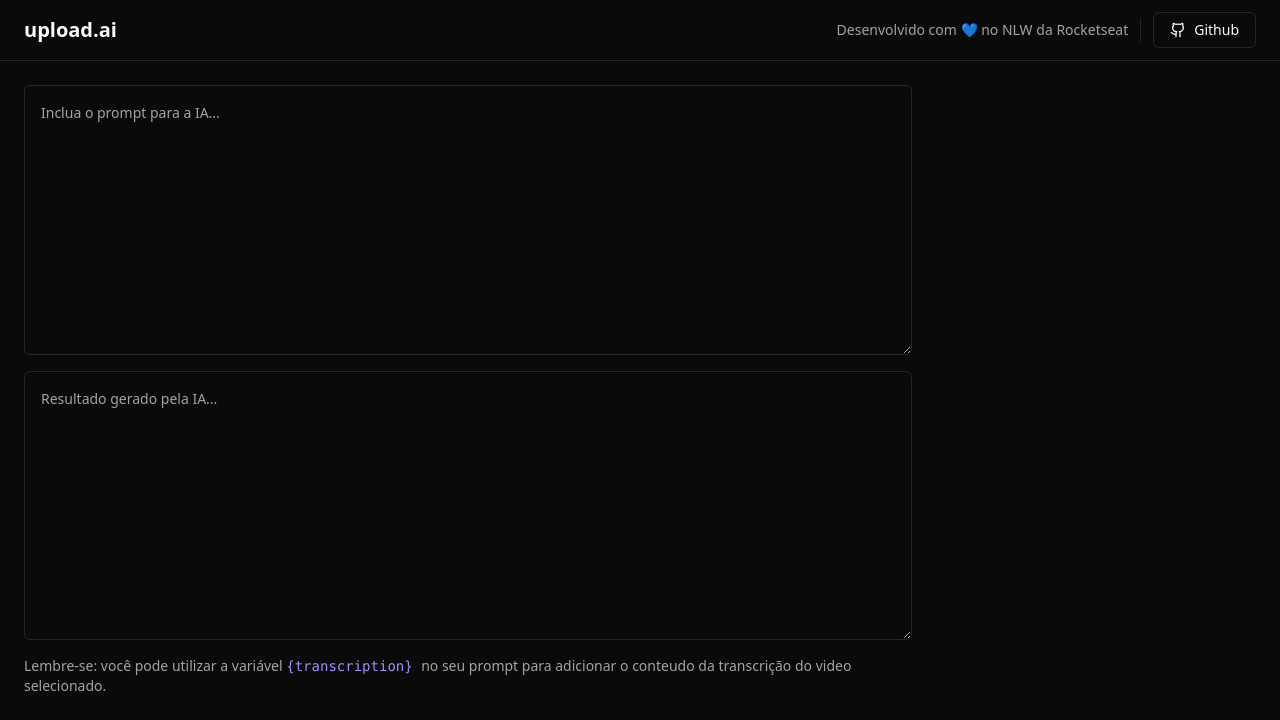
Repository: ricardolimati/upload-ai-web
Page: /
An editor plug-in stored every save of this project. The page is shown before and after a run of saves, followed by the edit.
The browser window is 1280 px wide. The pictures show the whole page.
The project was rebuilt for these pictures with package versions that can differ from the ones it lists, and the page was loaded fresh each time. Also part of the build but not shown: vite.config.ts.

Above is the page before, as saved 2023-09-11 23:41:35.

After the next 2 saves:
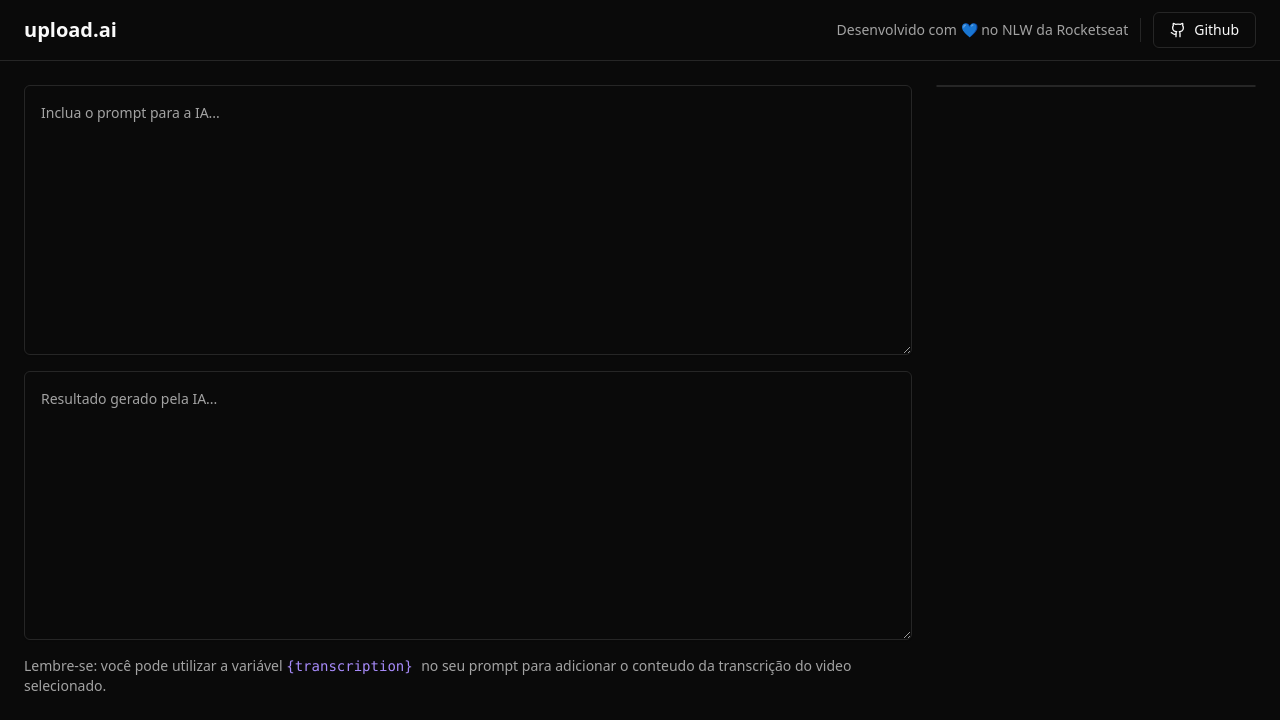
The 2 saves are shown as one change because they came seconds apart.
The last was saved 11 s later.
--- a/src/App.tsx
+++ b/src/App.tsx
@@ -41,7 +41,7 @@ export function App() {
         <form className="space-y-6" action="" method="post">
           <label
           htmlFor="video"
-          className=""
+          className="border flex rounded-md"
           ></label>
           <input type="file" id="video" accept="video/mp4" className="sr-only"/>
         </form>
